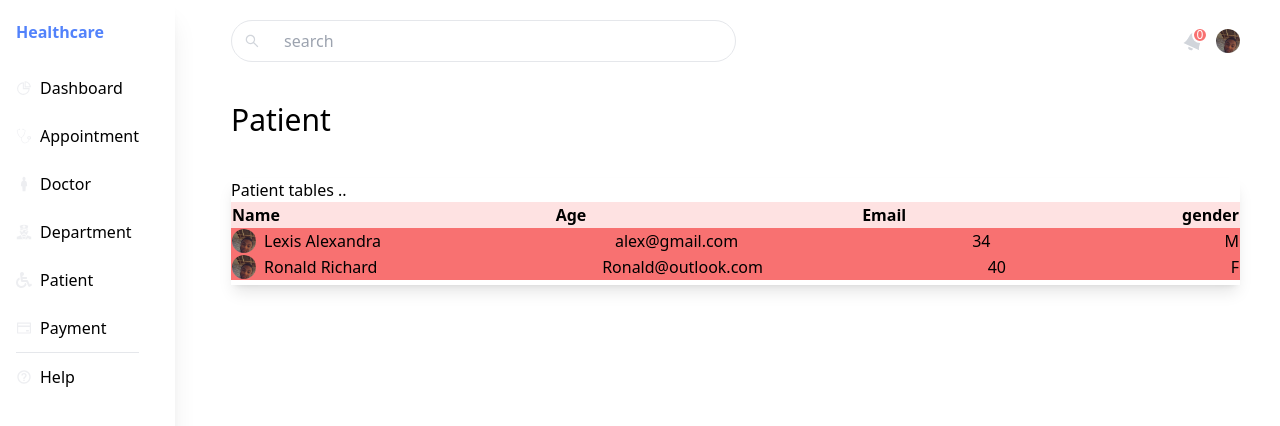
Repository: hisreal123/healthcare-dashboard
Page: /patient
An editor plug-in stored every save of this project. The page is shown before and after a run of saves, followed by the edit.
The browser window is 1280 px wide. The pictures show the whole page.
The project was rebuilt for these pictures with package versions that can differ from the ones it lists, and the page was loaded fresh each time. Also part of the build but not shown: vite.config.ts, src/routes/Error.tsx, src/views/Dashboard.tsx, components/tables/AppointementTable.tsx, src/views/Appointment.tsx, src/views/Doctor.tsx, src/views/Department.tsx, src/views/Payment.tsx and 1 more.

Above is the page before, as saved 2023-05-05 19:05:57.

After the next 2 saves:
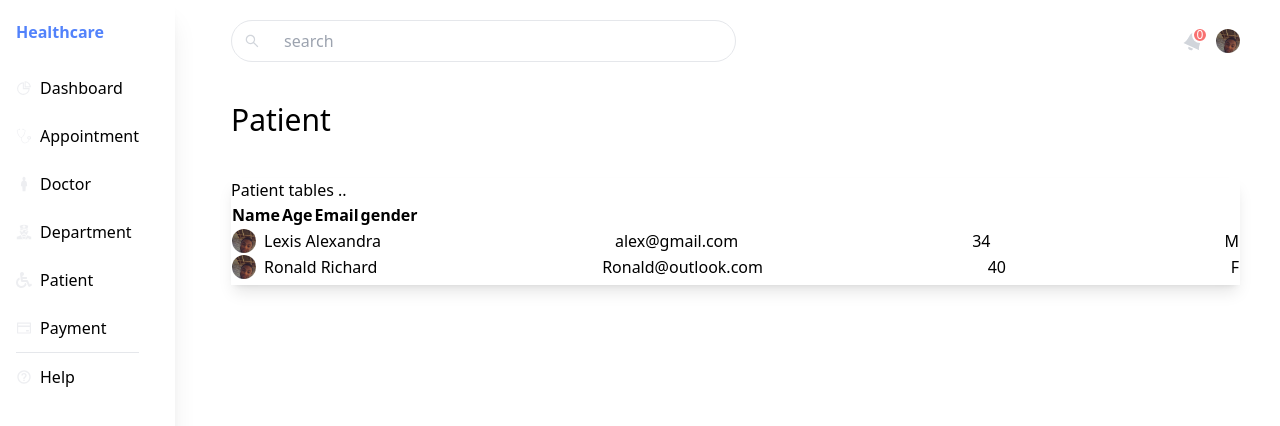
The 2 saves are shown as one change because they came seconds apart.
The last was saved 26 s later.
--- a/components/tables/PatientsTable.tsx
+++ b/components/tables/PatientsTable.tsx
@@ -37,8 +37,8 @@ export default function PatientTable({ patientStyle }: PatientTableProps) {
     const PTable = () => {
         return (
             <>
-                <table className="relative w-full bg-red-400 inline-block">
-                    <tr className='flex-1 w-full bg-red-100 flex relative justify-between'>
+                <table className="relative w-full  inline-block">
+                    <tr className='flex-1 w-fullflex relative justify-between'>
                         <th>Name</th>
                         <th>Age</th>
                         <th>Email</th>
